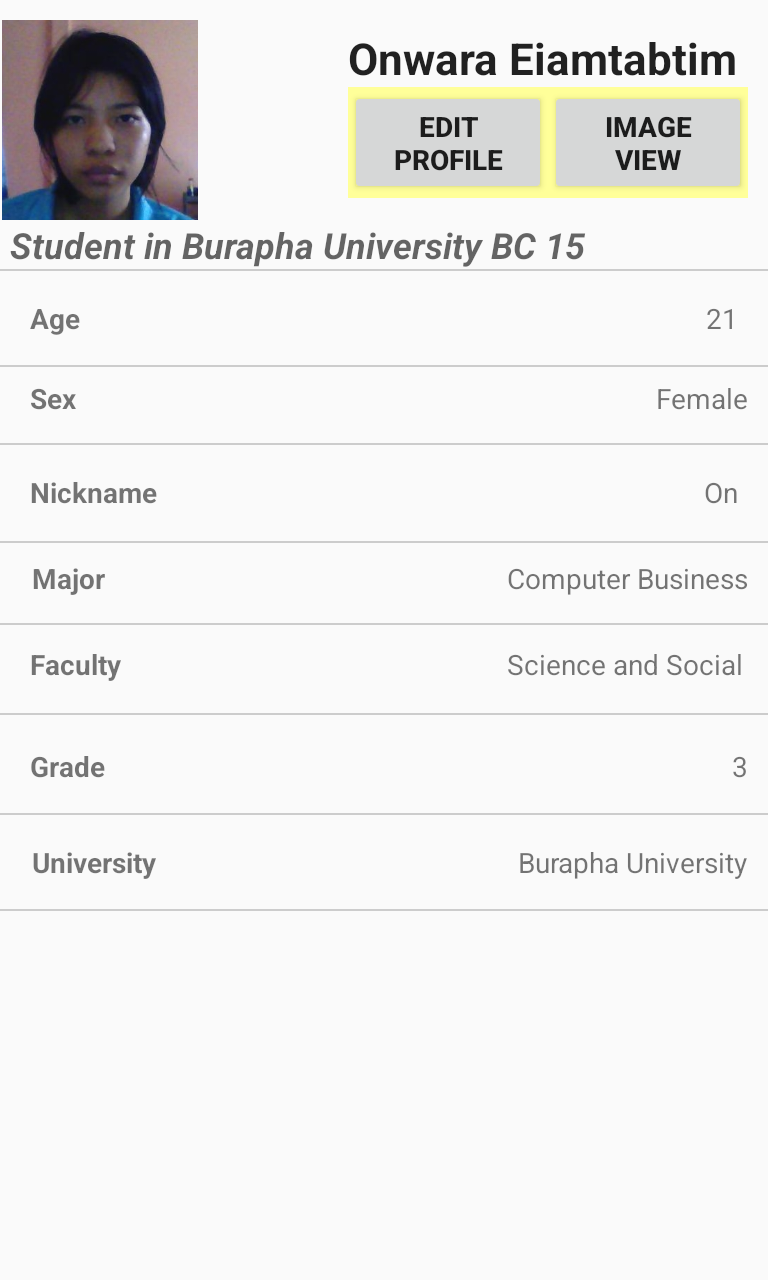
Repository: Android55410599/PROFILE
Layout: Resume_55410559/res/layout/activity_main.xml
The author's editor kept a copy of each file at every save. The layout is drawn from the files as they stood at one save, then again after the next save.
It is drawn on a 768 x 1280 px phone screen (xhdpi) without system bars, with theme AppTheme; the app's code is not run.

Above is the layout before, as saved 2014-09-03 13:39:21.

After the next save:
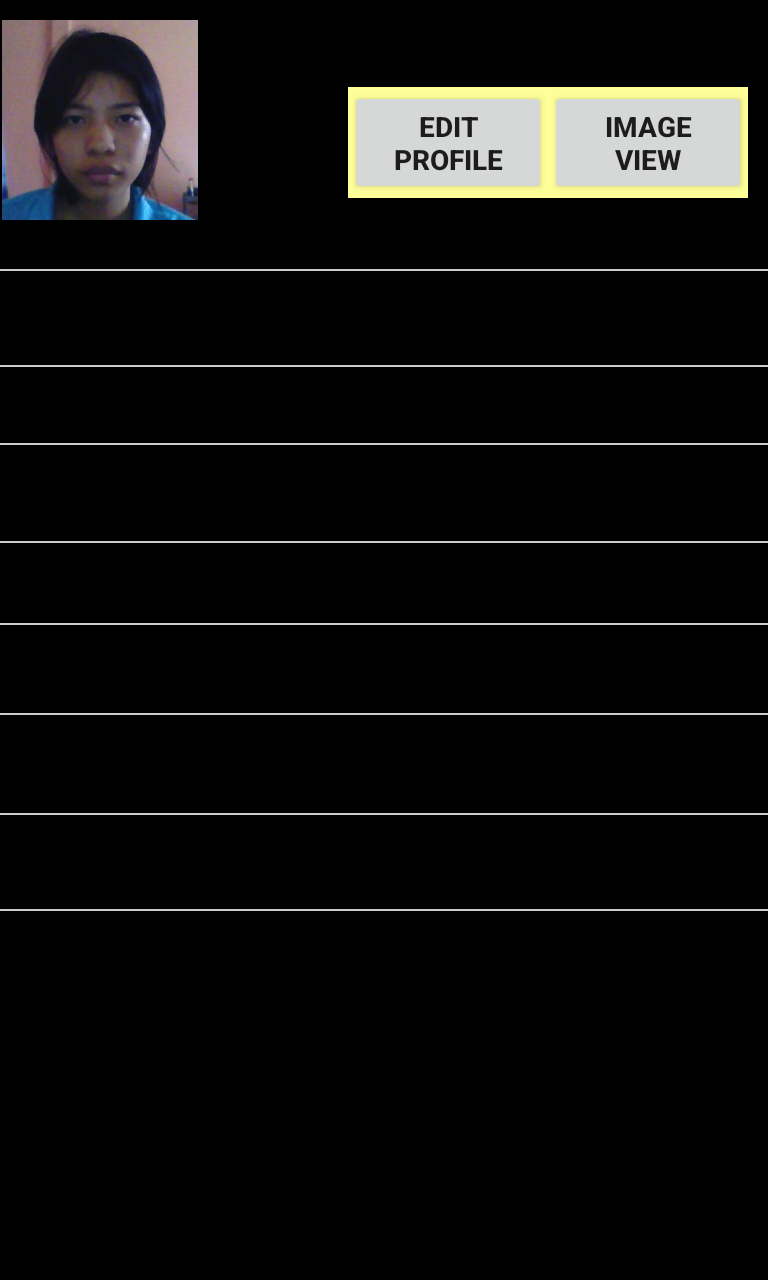
Saved 5 min 57 s later.
--- a/Resume_55410559/res/layout/activity_main.xml
+++ b/Resume_55410559/res/layout/activity_main.xml
@@ -2,6 +2,7 @@
     xmlns:tools="http://schemas.android.com/tools"
     android:layout_width="match_parent"
     android:layout_height="match_parent"
+    android:background="#000000"
     tools:context="com.example.resume_55410599.MainActivity" >
 
     <LinearLayout
